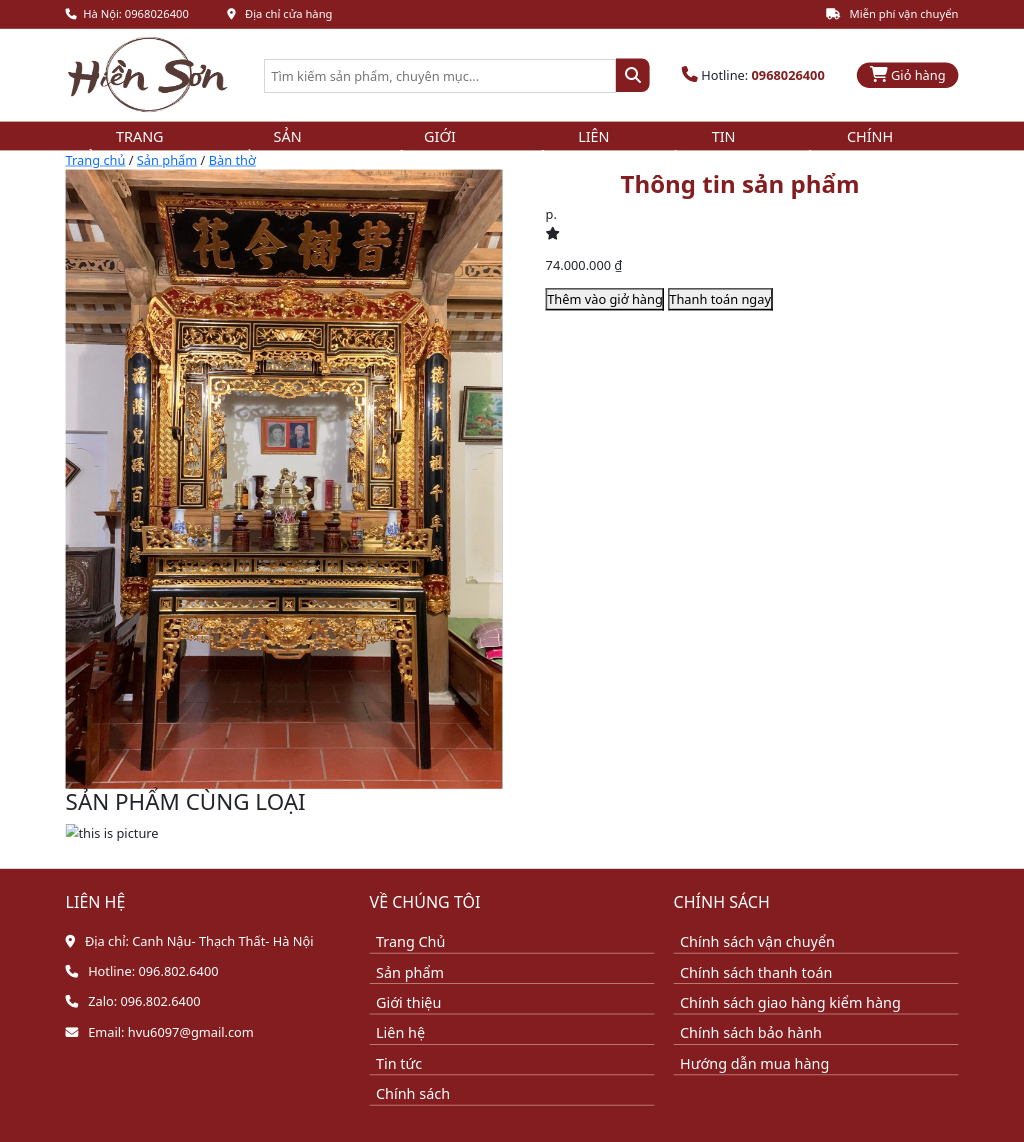
Repository: hoang28092000/do_go_hien_son
Page: product_details/ban_tho-g001.html
These files come from the project's save history. The page is drawn as it stood at one moment and after a run of saves; the edit follows.
The browser window is 1280 px wide. The pictures show the whole page, at 80% of full size.
Some web libraries are served in a nearby version.

Above is the page before, as saved 2024-08-10 20:05:51.

### product_details/ban_tho-g001.html
<!DOCTYPE html>
<html lang="en">
<head>
    <meta charset="UTF-8">
    <meta name="viewport" content="width=device-width, initial-scale=1.0">
    <link rel="stylesheet" href="../asset/style.css">
    <link rel="stylesheet" href="https://cdnjs.cloudflare.com/ajax/libs/font-awesome/6.6.0/css/all.min.css" integrity="sha512-Kc323vGBEqzTmouAECnVceyQqyqdsSiqLQISBL29aUW4U/M7pSPA/gEUZQqv1cwx4OnYxTxve5UMg5GT6L4JJg==" crossorigin="anonymous" referrerpolicy="no-referrer" />
    <link href="https://cdn.jsdelivr.net/npm/bootstrap@5.3.3/dist/css/bootstrap.min.css" rel="stylesheet" integrity="sha384-QWTKZyjpPEjISv5WaRU9OFeRpok6YctnYmDr5pNlyT2bRjXh0JMhjY6hW+ALEwIH" crossorigin="anonymous">
    <title>Bàn thờ gia tiên G001</title>
</head>
<body>
    <div id="header">
        <div class="top_header">
            <div class="container">
                <div class=" d-flex align-items-center justify-content-between pt-1">
                    <div class="d-flex">
                        <p class="mb-0 me-5"><a href="" class="txt-th">
                            <i class="fa-solid fa-phone icon-th pe-2"></i>Hà Nội: 0968026400
                        </a></p>
                        <p class="mb-0"><a href="" class="txt-th">
                            <i class="fa-solid fa-location-dot icon-th pe-2"></i>
                        Địa chỉ cửa hàng</a></p>
                    </div>
                    <p class="mb-0"><a href="" class="txt-th">
                        <i class="fa-solid fa-truck icon-th pe-2"></i>
                    Miễn phí vận chuyển</a></p>
                </div>
            </div>
        </div>
    </div>

        <div class="main_header py-2">
            <div class="container">
                <ul class="d-flex justify-content-between align-items-center ps-0 mb-0">
                    <li class="logo-hs">
                        <a href="../index.html"><img src="../asset/image/logo_1.png" class="logo-hd" alt=""></a>
                    </li>
                    <li class="search-hd">
                        <input type="text" class="input-search-hd" placeholder="Tìm kiếm sản phẩm, chuyên mục..."><i class="fa-solid fa-magnifying-glass icon-search_hd"></i>
                    </li>

                    <li class="contact-hd">
                        <i class="fa-solid fa-phone icon-hd "></i>
                        <span class="txt-hd">Hotline: <b style="color: #831d1f;">0968026400</b></span>
                    </li>

                    <li class="cart-hd">
                        <p class="mb-0 cart-list py-1 px-3">
                            <i class="fa-solid fa-cart-shopping icon-cart"></i><span class="txt-cart"> Giỏ hàng</span>
                        </p>
                    </li>
                </ul>
            </div>
        </div>

        <div class="bottom_header">
            <div class="container">
                <ul class="links d-flex justify-content-center align-items-center mb-0 ps-0">
                    <li class="link "><a href="../index.html" class="txt-link">TRANG CHỦ</a></li>
                    <li class="link"><a href="../website/product.html" class="txt-link">SẢN PHẨM</a></li>
                    <li class="link"><a href="../website/about-us.html" class="txt-link">GIỚI THIỆU</a></li>
                    <li class="link"><a href="../website/contact.html" class="txt-link">LIÊN HỆ</a></li>
                    <li class="link"><a href="../website/news.html" class="txt-link">TIN TỨC</a></li>
                    <li class="link"><a href="../website/policy.html" class="txt-link">CHÍNH SÁCH</a></li>
                 </ul>
            </div>
        </div>
    </div>
    <div class="main-product_details">
        <div class="container">
            <div class="links-product_details">
                <a href="../index.html" class="">Trang chủ</a>
                <span class="slash"> /</span>
                <a href="../website/product.html" class="">Sản phẩm</a>
                <span class="slash"> /</span>
                <a href="../website/product.html" class="">Bàn thờ</a>
            </div>

            <div class="card-p_details">
                <div class="row">
                    <div class="col-lg-6">
                        <img src="../asset/image/anhn1.jfif" alt="" class="img-p_details w-100">
                    </div>
                    <div class="col-lg-6">
                        <div class="info-p_details">
                            <h3 class="name-p_details">
                                Thông tin sản phẩm
                            </h3>

                            <div class="desc-info-pd">
                                p.
                            </d>
                            <p class="evaluate">
                                <i class="fa-solid fa-star icon-star"></i>

                            </p>
                            <p class="price-pd">74.000.000 ₫</p>
                            <div class="pay">
                                <button class="add_cart">Thêm vào giở hàng</button>
                                <button class="buy">Thanh toán ngay</button>
                            </div>
                        </div>
                    </div>
                </div>
            </div>
            <h3 class="title-pd">
                SẢN PHẨM CÙNG LOẠI
            </h3>
            <div class="pd-relate">
                <div class="row">
                    <div class="col-lg-3">
                        <div class="card-pd">
                            <img src="" alt="this is picture">
                            <p class="name-product_r"></p>
                            <p class="info-pd_r"></p>
                        </div>
                    </div>
                </div>
            </div>
        </div>
    </div>


    <div id="footer" class="mt-3">
        <div class="container">
            <div class="row">
                <div class="col-lg-4">
                    <h4 class="title-ft">LIÊN HỆ</h4>
                    <ul class="list-info">
                        <li>
                            <i class="fa-solid fa-location-dot icon-ft pe-2"></i>
                            <span class="txt-ft">Địa chỉ: Canh Nậu- Thạch Thất- Hà Nội</span>
                        </li>
                        <li>
                            <i class="fa-solid fa-phone icon-ft pe-2"></i>
                            <span class="txt-ft">Hotline: 096.802.6400</span>
                        </li>
                        <li>
                            <i class="fa-solid fa-phone icon-ft pe-2"></i>
                            <span class="txt-ft">Zalo: 096.802.6400    </span>
                        </li>
                        <li>
                            <i class="fa-solid fa-envelope icon-ft pe-2"></i>
                           <span class="txt-ft">Email: hvu6097@gmail.com</span>
                        </li>
                    </ul>
                </div>
                <div class="col-lg-4">
                    <h4 class="title-ft">
                        VỀ CHÚNG TÔI
                    </h4>
                    <ul class="list-links ps-0">
                        <li class="item-link"><a href="../index.html" class="link-ft">Trang Chủ </a></li>
                        <li class="item-link"><a href="../website/product.html" class="link-ft">Sản phẩm</a></li>
                        <li class="item-link"><a href="../website/about-us.html" class="link-ft">Giới thiệu</a></li>
                        <li class="item-link"><a href="../website/contact.html" class="link-ft">Liên hệ</a></li>
                        <li class="item-link"><a href="../website/news.html" class="link-ft">Tin tức</a></li>
                        <li class="item-link"><a href="../website/policy.html" class="link-ft">Chính sách</a></li>
                    </ul>
                </div>
                <div class="col-lg-4">
                    <h4 class="title-ft">
                       CHÍNH SÁCH
                    </h4>
                    <ul class="list-links ps-0">
                        <li class="item-link"><a href="../website/policy.html" class="link-ft">Chính sách vận chuyển </a></li>
                        <li class="item-link"><a href="../website/policy.html" class="link-ft">Chính sách thanh toán</a></li>
                        <li class="item-link"><a href="../website/policy.html" class="link-ft">Chính sách giao hàng kiểm hàng</a></li>
                        <li class="item-link"><a href="../website/policy.html" class="link-ft">Chính sách bảo hành</a></li>
                        <li class="item-link"><a href="../website/policy.html" class="link-ft">Hướng dẫn mua hàng</a></li>
                    </ul>
                </div>

            </div>
        </div>
    </div>
</body>
</html>

### asset/style.css
*{
    padding: 0px;
    margin: 0px ;
    box-sizing: border-box;
    list-style: none;
}

.top_header{
    height: 36px;
    background-color: #831d1f;
}

.top_header .txt-th{
    color: #fff;
    font-size: 14px;
    text-decoration: none;
    font-weight: 500;
}

.top_header .icon-th{
    color: #fff;
}
.top_header .txt-th:hover,
.top_header .icon-th:hover{
    opacity: 0.7;
}

.main_header .logo-hd{
    height: 100px;
    width: 208px;
}
.main_header .input-search-hd{
    font-size: 16px;
    color: #333;
    padding-left: 8px;
    width: 440px;
    height: 42px;
    border: 1px solid #ccc;
    outline: none;
}
.main_header .icon-search_hd{
    font-size: 20px;
    background-color: #831d1f;
    padding: 11px;
    color: #fff;
    border-radius: 0 10px 10px 0;
}
.main_header .icon-search_hd:hover{
    opacity: 0.7;
    cursor: pointer;
}
.main_header .contact-hd .icon-hd{
    font-size: 20px;
    color: #831d1f;
}
.cart-hd .cart-list{
    background-color: #831d1f;
    border-radius: 16px;
}
.cart-hd .txt-cart{
    font-size: 16px;
    font-weight: 500;
    color: #fff;
}
.cart-hd .icon-cart{
    font-size: 20px;
    color: #fff;
}
.cart-hd .cart-list:hover{
    opacity: 0.7;
    cursor: pointer;
}

.bottom_header{
    height: 36px;
    background-color: #831d1f;
}
.bottom_header .links{
    list-style: none;
    padding-top: 6px;
}

.links .txt-link{
    text-decoration: none;
    font-size: 18px;
    font-weight: 500;
    color: #fff;
    padding: 7px 63px 5px;
}
/* .links .txt-link:first-child{
    padding-left:0 ;

}
.links .txt-link:last-child{
    padding-right:0 ;
} */
.links .txt-link:hover{
    cursor: pointer;
    background-color: #bd7071;
}


/* Main*/
#main{
    padding: 20px 0;
}

.left-main .product_portfolio .txt_portfolio{
    font-size: 18px;
    font-weight: 600;
    padding: 4px 10px 4px 0;
    text-align: center;
    background-color: #831d1f;
    color: #fff;
}

.left-main .list_portfolio .items-product{
    border-bottom: 1px solid #ccc;
    padding: 10px 0 4px;
}

.left-main .list_portfolio .items-product:hover{
    background-color: #bd7071;
    color: #fff;
    cursor: pointer;
}
.left-main .list_portfolio .items-product:hover .txt-porduct {
    color: #fff;
}

.left-main .list_portfolio .txt-porduct{
    font-size: 18px;
    color: #333;
    text-decoration: none;
    padding-left: 4px;
    font-weight: 500;
}

/* right-main */

.right-main .first_news .txt-title{
    font-size: 32px;
    font-weight: 600;
    color: #fff;
    background-color: #831d1f;
    padding-left: 10px;

}
.right-main .first_news .hr-title{
    height: 3px;
    background-color: rgb(83, 19, 19);
}
.right-main .first_news .img-rm{
    height: 700px;
}

.right-main .first_news .title-news{
    font-size: 24px;
    font-weight: 500;
    color: #333;

}
.right-main .first_news .txt-bnews{
    font-size: 22px;
    font-weight: 500;
    color: #333;
}
.right-main .first_news .txt-news{
    font-size: 18px;
    color: 16px;
    padding-left: 40px;
    font-weight: 400;
}

.right-main .first_news  .btxt-news{
    font-size: 20px;
    font-weight: 400;
    color: #333;
    padding-left: 20px;
}


/* Main product */
#main .product .img-product{
    height: 412px;
}
#main .product{
    box-shadow: 0px 0px 5px 4px #ccc;
    padding-bottom: 20px;
}
.link-product{
    text-decoration: none;

}
.product .name-product{
    font-size: 18px;
    color: #333;
    font-weight: 500;
    text-align: center;

}
.product .sold-out{
    font-size: 16px;
    color: #757070;
    text-align: center;
}
.product .price-pr{
    font-size: 18px;
    font-weight: 500;
    color: #757070;
    text-decoration: line-through;
}
.product .price-promotion{
    font-size: 18px;
    font-weight: 500;
    color: #fff;
    background-color: #831d1f;
    border-radius: 20px;
    text-align: center;
    padding: 4px 10px;
}
.product .icon_cart-product{
    font-size: 20px;
    color: #831d1f;
    margin-left: 10px;
}

#main .relate_news .title_relate{
    font-size: 24px;
    color: #fff;
    background-color: #831d1f;
    padding: 8px 0 8px 8px;
}
.relate_news .link-relate{
    text-decoration: none;
}
.relate_news .card-relate{
    padding-bottom: 20px;
    box-shadow: 0px 0px 5px 4px #ccc;
}
.card-relate .img-relate{
    height: 229px;
}
.card-relate .info_relate{
    padding: 20px 20px 0 20px;
}
.card-relate .info_relate .h-relate{
    font: size 18px;
    color: #333;
    font-weight: 500;
}
.card-relate .info_relate .desc-relate{
    font-size: 16px;
    font-weight: 400;
    color: #333;
}




/* main about-us */
.main_about-us .title-as{
    font-size: 30px;
    font-weight: 600;
    color: #831d1f;
    text-align: center;
}
.main_about-us .hr-as{
    width: 200px;
    height: 4px;
    background-color: #831d1f;
    margin: 0 auto;
}
.main_about-us .heading-txt{
    font-size: 20px;
    font-weight: 500;
    color: #333;
}

.main_about-us .desc-as{
    font-size: 18px;
    color: #333;
    line-height: 1.8;
}


/* main contact */

.main-contact .title-contact{
    font-size: 30px;
    font-weight: 600;
    color: #831d1f;
    text-align: center;
}

.main-contact .my-info{
    box-shadow: 0px 0px 5px 4px #ccc;
    padding:  20px ;
    height: 437px;
}
.main-contact .my-info .logo-info{
    width: 100px;
    height: 100px;
    border: 2px double #831d1f;

}
.main-contact .my-info .icon-contact{
    font-size: 20px;
    color: #831d1f;
}

.main-contact .my-info .your-info{
    font-size: 22px;
    font-weight: 500;
    color: #831d1f;
    text-align: center;
}
.main-contact .my-info .txt-yi{
    font-size: 18px;
    color: #333;
    font-weight: 500;
}

.main-contact .my-info .input-yi{
    width: 100%;
    outline: none;
    border: 1px solid #ccc;
    padding : 4px 0 4px 6px;
}
.main-contact .text-contact{
    font-size: 18px;
    color: #831d1f;
    font-weight: 500;
    text-align: center;
}
.main-contact .btn-submit{
    border-radius: 10px;
    background-color: #831d1f;
    color: #fff;
    padding: 6px 30px;
    font-size: 18px;
}


/* main-news*/
.main-news .title-news{
    font-size: 24px;
    font-weight: 500;
    color: #831d1f;
    border-bottom: 5px solid #831d1f;
}
.main-news .img-news{
    height: 205px;
}

.main-news .link-news{
    text-decoration: none;
}

.main-news .card-news{
    height: 373px;
    border: 1px solid #ccc;
}

.main-news .link-news .info-news{
    padding: 0 8px;
}

.main-news .link-news .heading-news{
    font-size: 18px;
    font-weight: 500;
    color: #333;
    padding-top: 16px;
    margin-bottom: 0;
}
.main-news .link-news .desc-news{
    font-size: 16px;
    font-weight: 400;
    color: #333;
    margin-top: 4px;
    margin-bottom: 0;
}
.main-news .link-news .time-up{
    font-size: 12px;
    color: #757070;
    font-style: italic;
    padding: 10px 0 20px;
    float: right ;
}

/*main policy  */
.main-policy .title-policy{
    font: 30px;
    color: #831d1f;
    font-weight: 700;
    text-align: center;
    padding-top: 40px;
}
.main-policy .hr-policy{
    width: 200px;
    height: 4px;
    background-color: #831d1f;
    margin: 0 auto;
}
.main-policy .info-policy{
    margin-bottom: 32px;
}

.main-policy .heading-policy{
    font-size: 20px;
    color: #333;
    font-weight: 500;
}

.main-policy .txt-policy{
    padding-left: 20px;
}


/* main thiết kế phòng thờ hợp phong thủy */
.main-design_news .title-ds_news{
    font-size: 30px;
    font-weight: 700;
    color: #831d1f;
    margin-top: 30px;
    text-align: center;
}
.main-design_news .desc-news{
    font-size: 20px;
    color: #333;
    font-weight: 400;
    line-height: 1.7;
}
.main-design_news .img-news{
    height: 400px;
    width: 45%;
    padding: 10px 20px;
}
.main-design_news .desc-img{
    font-size: 16px;
    color: #423e3e;
    font-style: italic;
    text-align: center;
    padding-top: 20px;
}
.main-design_news .title_desc-news{
    font-size: 24px;
    font-weight: 600;
}


/* main- san pham chi tiet */

.main-product_details{

}
.main-product_details .info-p_details{
    padding: 0 30px;

}
.main-product_details .info-p_details .name-p_details{
    font-size: 30px;
    color: #831d1f;
    font-weight: 600;
    text-align: center;
}
/* footer */
#footer{
    background-color: #831d1f;
    padding: 30px 0;
}
#footer .title-ft{
    font-size: 20px;
    font-weight: 500;
    color: #fff;
    margin-bottom: 24px;
}
#footer .list-info{
    padding-left: 0;
}
#footer .txt-ft ,
.icon-ft{
    color: #fff;
    font-size: 16px;
    font-weight: 400;
    padding-bottom: 18px;
}
#footer .list-links .link-ft{
    font-size: 18px;
    color: #fff;
    font-weight: 400;
    text-decoration: none;
    padding-left: 8px;
}
#footer .list-links .item-link{
    border-bottom: 1px solid #cc8b8b;
    margin-bottom: 10px;
}
#footer .list-links .item-link:hover{
    background-color: #bd7071;
    cursor: pointer;

}

After the next 3 saves:
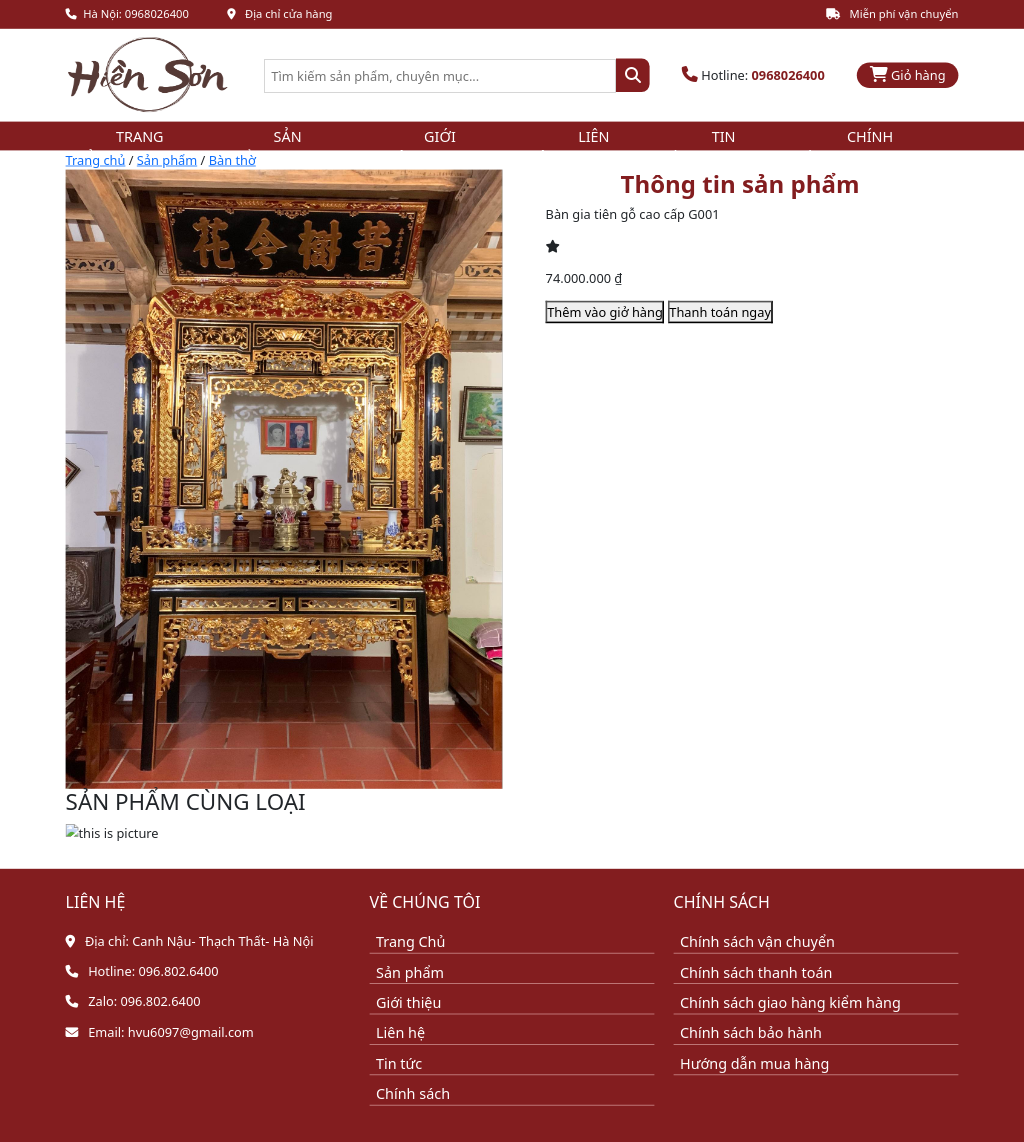
The 3 saves are shown as one change because they came seconds apart.
The last was saved 13 s later.
--- a/product_details/ban_tho-g001.html
+++ b/product_details/ban_tho-g001.html
@@ -88,7 +88,10 @@
                             </h3>
 
                             <div class="desc-info-pd">
-                                p.
+                                <p class="heading-pd">
+                                    Bàn gia tiên gỗ cao cấp G001
+                                </p>
+
                             </d>
                             <p class="evaluate">
                                 <i class="fa-solid fa-star icon-star"></i>
